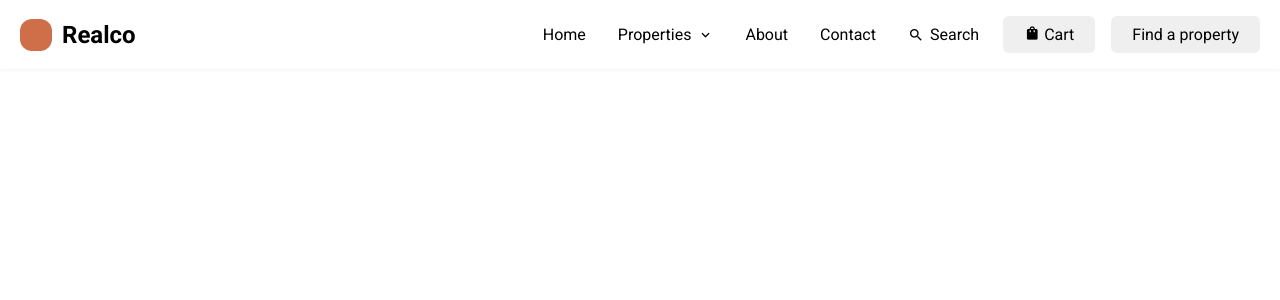
Repository: bek77g/realco
Page: index.html
These files come from the project's save history. The page is drawn as it stood at one moment and after the next save; the edit follows.
The browser window is 1280 px wide. The pictures show the whole page.
The style sheet was rebuilt from its Sass, Less or Tailwind sources for each picture, by a compiler version that may differ from the author's.

Above is the page before, as saved 2023-04-13 21:12:56.

After the next save:
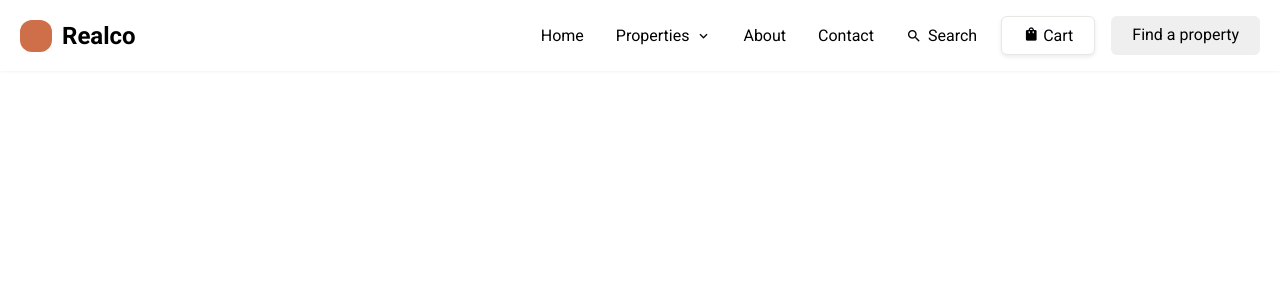
Saved 39 s later.
--- a/src/styles/_header.scss
+++ b/src/styles/_header.scss
@@ -35,6 +35,11 @@
       border-radius: 6px;
       display: flex;
       gap: 4px;
+      &:first-child {
+        background: #ffffff;
+        border: 1px solid #e7e8e3;
+        box-shadow: 0px 2px 4px rgba(0, 0, 0, 0.08);
+      }
     }
   }
 }
